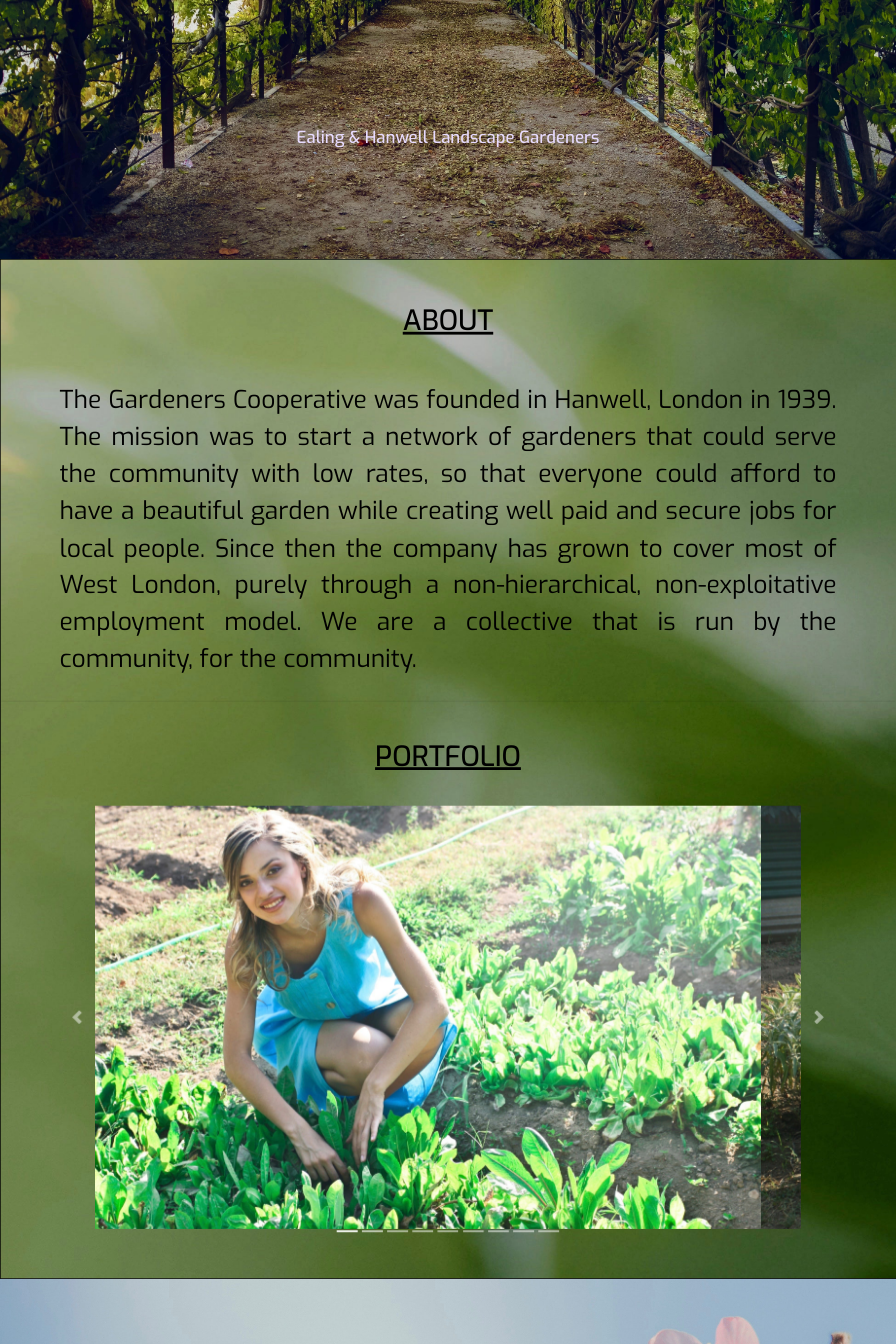
Repository: harrypars0ns/milestone-project
Page: index.html
The author's editor kept a record of every edit. The page is drawn from the files as they stood at one moment, then again after the next edit.
The browser window is 1280 px wide. The pictures show the part of the page from y = 350 to 2270 px (the page is 2847 px tall before and 2726 px after), at 70% of full size.
Backgrounds fixed to the window are drawn as part of the page.

Above is the page before.

### index.html
<!DOCTYPE html>
<html lang="en">

<head>
    <meta charset="UTF-8">
    <meta name="viewport" content="width=device-width, initial-scale=1.0">
    <meta http-equiv="X-UA-Compatible" content="ie=edge">
    <link rel="stylesheet" href="https://stackpath.bootstrapcdn.com/bootstrap/4.3.1/css/bootstrap.min.css" type="text/css" />
    <link rel="stylesheet" href="https://stackpath.bootstrapcdn.com/font-awesome/4.7.0/css/font-awesome.min.css" type="text/css" />
    <link rel="stylesheet" href="assets/css/style.css" type="text/css" />
    <title>Milestone</title>
</head>

<body>
    <!------------------------------------------------------NAV&LANDING>-->
    <div class="landing">
            <nav class='fixed-top container'>
                <div class="row">
                    <div class="col-4">
                        <a href="#about">ABOUT</a>
                    </div>
                    <div class="col-4">
                        <a href="#portfolio">PORTFOLIO</a>
                    </div>
                    <div class="col-4">
                        <a href="#contact">CONTACT</a>
                    </div>
                </div>
            </nav>


        <!-----------------------------------------TITLE---------------->



        <div id="landing" class="view">

            <div class="mask rgba-black-strong">

                <div class="container-fluid d-flex align-items-center justify-content-center h-100">

                    <div class="content row d-flex justify-content-center text-center">

                        <div class="col-md-10 shift">

                            <h2 class="font-weight-bold pt-5 mb-2">The Gardeners Cooperative</h2>



                            <h4>Ealing & Hanwell Landscape Gardeners</h4>


                        </div>

                    </div>

                </div>

            </div>

        </div>
    </div>




    <!------------------------------------------------------------------ABOUT->-->



    <div class='about' id='about'>

        <section class="info text-center">
            <div class="">
                <h1>ABOUT</h1>
            </div>

            <div class="container">
                <div class="row">
                    <div class="col">
                        <p>The Gardeners Cooperative was founded in Hanwell, London in 1939. The mission was to start a network of gardeners that could serve the community with low rates, so that everyone could afford to have a beautiful garden while creating
                            well paid and secure jobs for local people. Since then the company has grown to cover most of West London, purely through a non-hierarchical, non-exploitative employment model. We are a collective that is run by the community,
                            for the community.</p>
                    </div>

                </div>
            </div>

        </section>
        <hr id='portfolio'>
        <!-------------------------------------------------------------------PORTFOLIO-->
        <div class="container-fluid portfolio">
            <div class="text-center">
                <h1>PORTFOLIO</h1>
            </div>
            <div class="portfolio">
                <div id="carouselExampleIndicators" class="carousel slide" data-ride="carousel">
                    <ol class="carousel-indicators">
                        <li data-target="#carouselExampleIndicators" data-slide-to="0" class="active"></li>
                        <li data-target="#carouselExampleIndicators" data-slide-to="1"></li>
                        <li data-target="#carouselExampleIndicators" data-slide-to="2"></li>
                        <li data-target="#carouselExampleIndicators" data-slide-to="3"></li>
                        <li data-target="#carouselExampleIndicators" data-slide-to="4"></li>
                        <li data-target="#carouselExampleIndicators" data-slide-to="5"></li>
                        <li data-target="#carouselExampleIndicators" data-slide-to="6"></li>
                        <li data-target="#carouselExampleIndicators" data-slide-to="7"></li>
                        <li data-target="#carouselExampleIndicators" data-slide-to="8"></li>

                    </ol>
                    <div class="carousel-inner">
                        <div class="carousel-item active">
                            <img class="d-block w-100 responsive" src="assets/images/carousel-1.jpg" alt="First slide">
                        </div>
                        <div class="carousel-item">
                            <img class="d-block w-100 responsive" src="assets/images/carousel-2.jpg" alt="Second slide">
                        </div>
                        <div class="carousel-item">
                            <img class="d-block w-100 responsive" src="assets/images/carousel-3.jpg" alt="Third slide">
                        </div>
                        <div class="carousel-item">
                            <img class="d-block w-100 responsive" src="assets/images/carousel-4.jpg" alt="Fourth slide">
                        </div>
                        <div class="carousel-item">
                            <img class="d-block w-100 responsive" src="assets/images/carousel-5.jpg" alt="Fifth slide">
                        </div>
                        <div class="carousel-item">
                            <img class="d-block w-100 responsive" src="assets/images/carousel-6.jpg" alt="Sixth slide">
                        </div>
                        <div class="carousel-item">
                            <img class="d-block w-100 responsive" src="assets/images/carousel-7.jpg" alt="Seventh slide">
                        </div>
                        <div class="carousel-item">
                            <img class="d-block w-100 responsive" src="assets/images/carousel-8.jpg" alt="Eighth slide">
                        </div>
                        <div class="carousel-item">
                            <img class="d-block w-100 responsive" src="assets/images/carousel-9.jpg" alt="Nninth slide">
                        </div>
                    </div>
                    <a class="carousel-control-prev" href="#carouselExampleIndicators" role="button" data-slide="prev">
                        <span class="carousel-control-prev-icon" aria-hidden="true"></span>
                        <span class="sr-only">Previous</span>
                    </a>
                    <a class="carousel-control-next" href="#carouselExampleIndicators" role="button" data-slide="next">
                    <span class="carousel-control-next-icon" aria-hidden="true"></span>
                    <span class="sr-only">Next</span>
                    </a>
                </div>


            </div>


        </div>
    </div>

    <!-------------------------------------------------------------------CONTACT-->


    <div class='contact' id='contact'>

        <section class='container-fluid'>
            <div class="row form-page">
                <div class="col">
                    <div class="contact-info">
                        <h5 class='contact-heading question'>Need information, a quote or making an enquiry?</h4>
                            <h2 class='contact-heading'>Get in touch</h2>
                    </div>
                    <div class="form">
                        <form>
                            <input type="text" name="name" id "fullname" class='form-control' placeholder='Name' required/>
                            <input type="email" name="email" id "email" class='form-control' placeholder='Email' required/>
                            <textarea rows='5' name="message" id "message" class='form-control' placeholder='Message' required/></textarea>
                            <div class="submit">
                                <input id='submit' type="submit" value="Submit" />
                            </div>
                        </form>
                    </div>
                </div>
            </div>
        </section>


        <footer class="footer" id='footer'>
            <div class="iconwrapper" <a href="#" class="fa fa-facebook">
                </a>
                <a href="#" class="fa inner fa-twitter" target='_blank'></a>
                <a href="#" class="fa inner fa-youtube" target='_blank'></a>
                <a href="#" class="fa inner fa-instagram" target='_blank'></a>
                <a href="#" class="fa inner fa-snapchat-ghost" target='_blank'></a>
                <a href="#" class="fa inner fa-facebook" target='_blank'></a>
            </div>
        </footer>
    </div>








    <script src="https://code.jquery.com/jquery-3.3.1.slim.min.js" integrity="sha384-q8i/X+965DzO0rT7abK41JStQIAqVgRVzpbzo5smXKp4YfRvH+8abtTE1Pi6jizo" crossorigin="anonymous"></script>
    <script src="https://cdnjs.cloudflare.com/ajax/libs/popper.js/1.14.7/umd/popper.min.js" integrity="sha384-UO2eT0CpHqdSJQ6hJty5KVphtPhzWj9WO1clHTMGa3JDZwrnQq4sF86dIHNDz0W1" crossorigin="anonymous"></script>
    <script src="https://stackpath.bootstrapcdn.com/bootstrap/4.3.1/js/bootstrap.min.js" integrity="sha384-JjSmVgyd0p3pXB1rRibZUAYoIIy6OrQ6VrjIEaFf/nJGzIxFDsf4x0xIM+B07jRM" crossorigin="anonymous"></script>

</body>

</html>

### assets/css/style.css
@import url('https://fonts.googleapis.com/css?family=Roboto:100,100i,300,300i,400,400i,500,500i,700&display=swap');
@import url('https://fonts.googleapis.com/css?family=Exo:100,200,300,400,500,600,700&display=swap');



/*----------------------------------------- LANDING*/

.landing {
    background-image: url('../images/landing-background.jpg');
    height: 100%;
    background-attachment: fixed;
    background-position: bottom;
    background-repeat: no-repeat;
    background-size: cover;
    border: 0px;
    z-index: 1;
    padding-bottom: 10%;

}


body {
    padding: 0;
    background: black;
}

html,
body,
header,
#intro {
    height: 100%;
    width: 100%;
    color: #e8dcff;


}






.content {
    margin-top: 12%;
    font-family: 'Exo', sans-serif;


}

h2 {
    font-size: 3em;
}

h4 {
    padding-top: 50%;
}




/*.btn-outline {*/
/*    color: #e8dcff;*/
/*    margin-top: 5%;*/
/*}*/

/*.btn-outline:hover {*/
/*    color: rgba(112, 241, 146, 0.9);*/
/*}*/


/*-------------------------------------------------------NAV*/

nav {
    color: #e8dcff;
    text-align: center;
    font-family: 'Exo', sans-serif;
    padding: 1%;
    background: rgba(0, 0, 0, 0.6);
    background-clip: padding-box;
    /*width: 100%;*/
}

nav a {
    color: #e8dcff;
    text-decoration: none;

}



nav a:hover {
    color: #e8dcff;
    right: 0;
    text-decoration: none;
}

nav a:hover:after {
    border-color: #e8dcff;
    right: 0;
}

nav a:after {
    border-radius: 1em;
    border-top: .1em solid #e8dcff;
    content: "";
    position: absolute;
    right: 100%;
    bottom: .14em;
    left: 0;
    transition: right .4s cubic-bezier(0, .5, 0, 1),
    border-color .4s ease-out;
}

nav a:hover:after {
    right: 0;
}





.no-padding {
    padding: 0 !important;
}




/*----------------------------------------- ABOUT*/

.about {

    background-image: url('../images/about-background.jpg');

    /*background-position: center;*/
    background-repeat: no-repeat;

    background-size: cover;

    border: 0.1px solid rgba(0, 0, 0, 0);

}




.info {


    font-family: "Exo", sans-serif;

    color: #000000;

    margin-top: 15%;

}

.info h1 {


    text-decoration: underline;

}

.info p {

    font-size: 1em;

    padding-top: 5%;

    text-align: justify;


}

/*----------------------------------------- portfolio*/

#portfolio {
    margin-bottom: 55px;
}

.portfolio {
    font-family: "Exo", sans-serif;

    color: #000000;



    margin-top: 1em;

    text-decoration: underline;
}



.carousel {
    margin-bottom: 40px;

}



/*----------------------------------------- CONTACT*/

.contact {

    background-image: url('../images/contact-background.jpg');
    background-attachment: fixed;
    background-repeat: no-repeat;
    background-size: cover;

}

.contact-info {
    font-family: "Exo", sans-serif;
    text-align: center;
    /*color: #e8dcff;*/
    color: #252129;


    margin-top: 3em;
    margin-bottom: 20px;

}

/*.contact-info h4 {*/

/*    text-decoration: uppercase;*/

/*}*/

.form {
    margin-bottom: 7%;


}

#submit {
    font-family: 'Exo', sans-serif;
    font-size: 150%;
    border: 1px solid #e8dcff;
    border-radius: 50px 50px;
    padding: 0px 30px;
}

.submit {
    text-align: center;
    padding-top: 30px;


}

/*-----------------------------------------ICONS/FOOTER*/

.footer {
    text-align: center;
    padding-bottom: 30px;
    /*padding-bottom: -10px;*/
}

.iconwrappper {}

.icon {
    display: inline-block;
    text-align: center;


}



.fa {
    padding-top: 5px;
    font-size: 30px;
    height: 40px;
    width: 40px;
    text-align: center;
    text-decoration: none;
    border-radius: 50%;
    background: #fff;
    color: white;
    opacity: 0.5;
}

.fa:hover {
    opacity: 0.9;
    text-decoration: none;
    color: #000;
}

.inner {
    padding-left: 1px;
    color: #000;
}

.fa-youtube {
    padding-right: 1px;

}

/*--------------------------------------------MEDIA Queries */
@media (min-height: 750px) {
    h4 {
        margin-top: 70%;
    }
}
@media (max-height: 500px) {
    .btn {
        margin-top: 0px;
    }
    h4 {
        margin-top: 0%;
        padding-top: 0%;
    }
}
@media (max-width: 1000px) {
    .info p {
        font-size: 21px;
    }
}
@media (min-width: 600px) {
    h4 {
        padding-top: 0px;
    }
    .info {
        margin-top: 5%;
    }
}
@media (min-width: 1000px) {
    h4 {
        margin-top: 50%;
    }
    .info {
        font-size: 2.2em;
    }
    .portfolio h2 {
        padding-top: 50px;
    }
    .carousel {
        padding: 30px 120px;
    }
    .contact-info {
        margin-top: 10%;
    }
       .shift {
        position: relative;
        bottom: 30px;
    }
}
@media (min-width: 1000px) and (max-width: 1265px) {
    .shift{
       font-size: 2em;
    }
     .shift h4{
        font-size: 2em;
        margin-top: 30%;
    }
}
@media (min-width: 1000px) and (max-width: 1268px) and (max-height: 800px){
    .shift h4{
        font-size: 1.5em;
        margin-top: 12%;
    }
}
@media (min-width: 1300px) {

    .shift {
        font-size: 2em;
    }

    .shift, h4 {
        font-size: 1.5em;
        margin-top: 12%;
    }

    .form {
        padding-right: 250px;
        padding-left: 250px
    }
}

After the next edit:
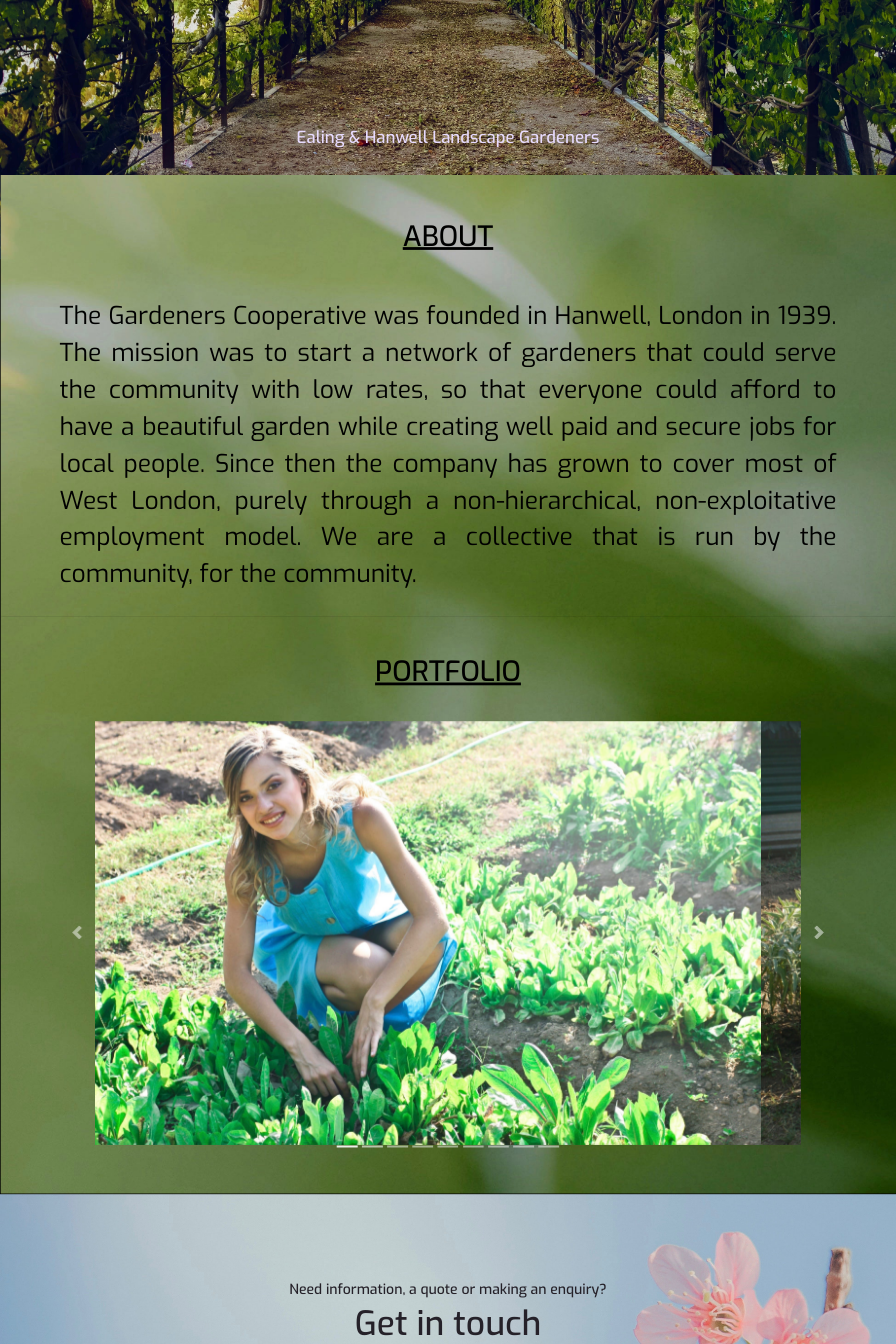
The edit:
--- a/index.html
+++ b/index.html
@@ -13,7 +13,7 @@
 
 <body>
     <!------------------------------------------------------NAV&LANDING>-->
-    <div class="landing">
+    <section class="landing">
             <nav class='fixed-top container'>
                 <div class="row">
                     <div class="col-4">

After the edit that followed:
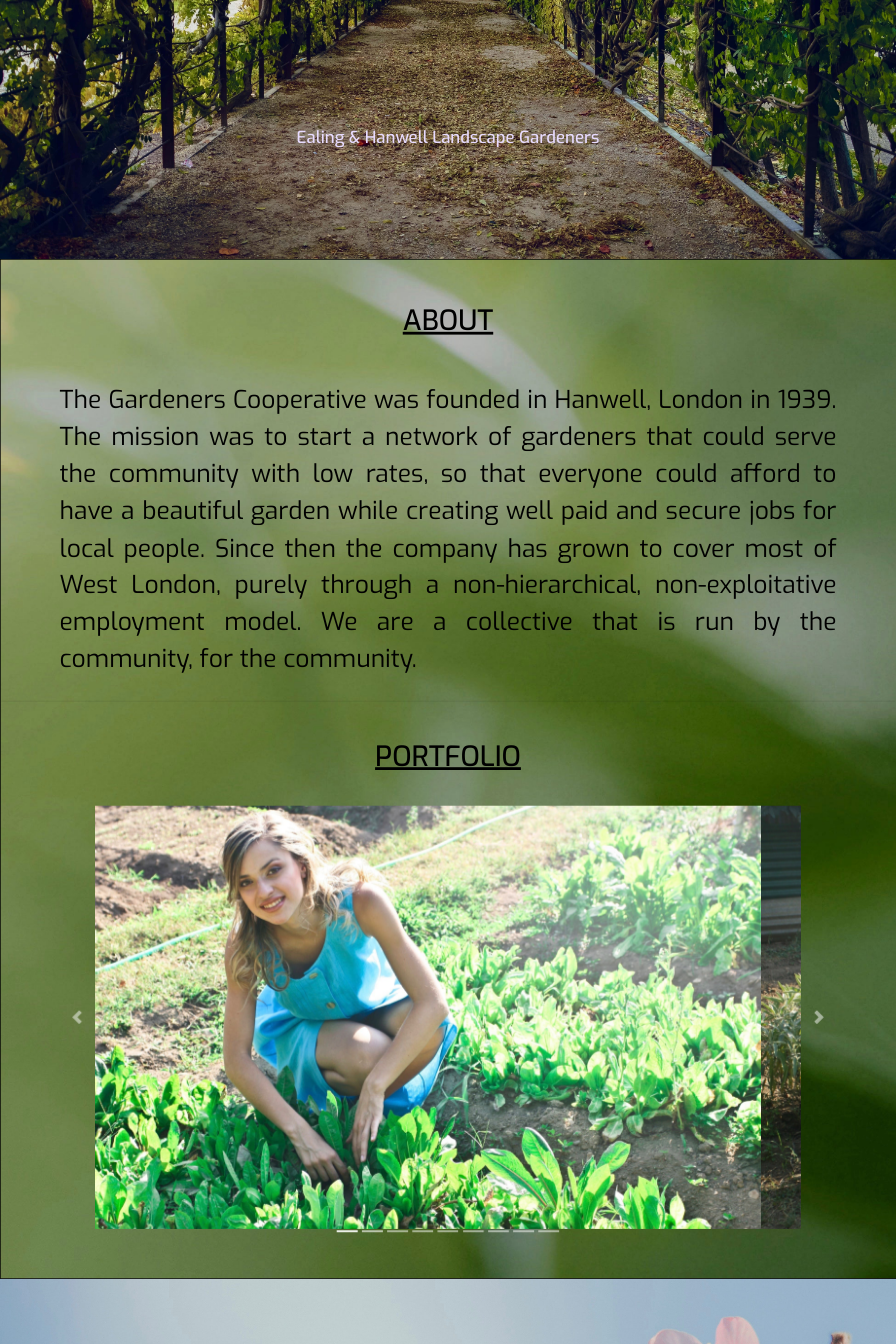
The edit:
--- a/index.html
+++ b/index.html
@@ -59,7 +59,7 @@
             </div>
 
         </div>
-    </div>
+    </section>
 
 
 
